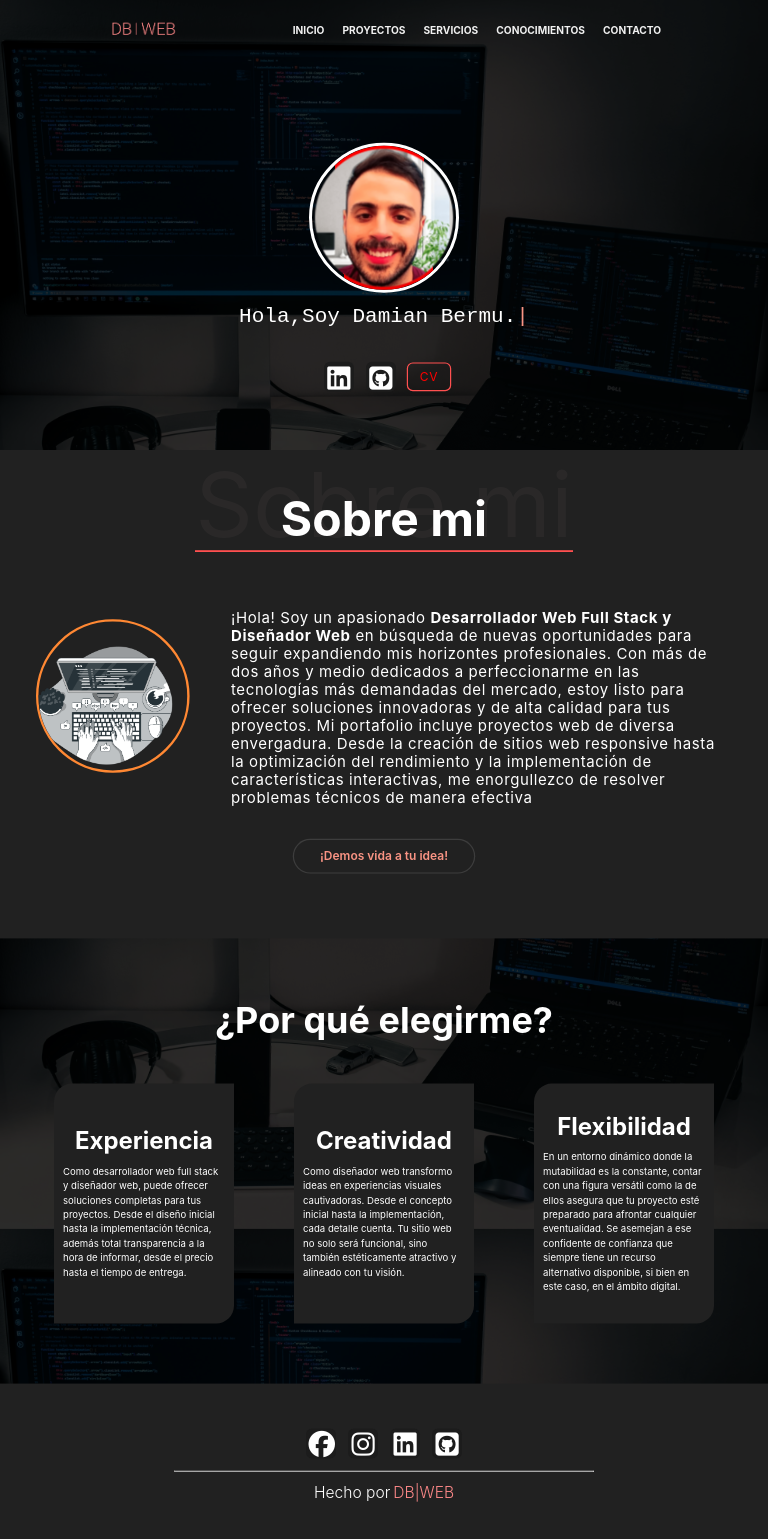
Repository: DamianBermudez94/DB-Porfolio
Page: /
An editor plug-in stored every save of this project. The page is shown before and after the next save, followed by the edit.
The browser window is 1280 px wide. The pictures show the whole page, at 60% of full size.
Backgrounds fixed to the window are drawn as part of the page. Some web libraries are served in a nearby version. The project was rebuilt for these pictures with package versions that can differ from the ones it lists, and the page was loaded fresh each time. Also part of the build but not shown: vite.config.js, src/components/Servicios/styles.css, src/components/Servicios/Service.jsx, src/pages/Servicios.jsx, src/components/Conocimientos/styles.css, src/components/Conocimientos/Conocimientos.jsx, src/pages/AcerdaDe.jsx, src/components/Contacto/styles.css and 7 more.

Above is the page before, as saved 2024-04-01 21:47:33.

### index.html
<!DOCTYPE html>
<html lang="es">
  <head>
    <meta charset="utf-8" />
    <meta name="viewport" content="width=device-width, initial-scale=1" />
    <meta name="geo.position" content="-35.1853171; -59.1479442" />
    <link
      rel="icon"
      type="image/png"
      sizes="32x32"
      href="./public/image/icons-favicon-DB.png"
    />
    <link
      rel="apple-touch-icon"
      type="image/png"
      sizes="32x32"
      href="./public/image/icons-favicon-DB.png"
    />

    <link rel="manifest" href="./src/manifiesto.json" />
    <title>Damián Bermúdez - Developer</title>
    <meta name="author" content="Damián Bermúdez" />
    <meta
      name="description"
      content="Desarrollador Web Full Stack - Diseñador Web - Paginás Web - Damián Bermúdez"
    />
    <meta name="theme-color" content="#000000" />
    <!--Estilos-->
    <script
      src="https://kit.fontawesome.com/bdbed0aafa.js"
      crossorigin="anonymous"
    ></script>
    <link rel="preconnect" href="https://fonts.gstatic.com" />
    <link rel="preconnect" href="https://fonts.gstatic.com" />
    <link rel="preconnect" href="https://fonts.gstatic.com" />
    <link rel="preconnect" href="https://fonts.gstatic.com" />
    <link
      href="https://fonts.googleapis.com/css2?family=Raleway:wght@200;300&family=Roboto:wght@100;300&display=swap"
      rel="stylesheet"
    />
  </head>
  <body>
    <div id="root"></div>
    <script type="module" defer src="/src/main.jsx"></script>
  </body>
</html>

### src/main.jsx
import ReactDOM from "react-dom/client";

import App from "./App";
import "./index.css";
const root = ReactDOM.createRoot(document.getElementById("root"));
root.render(<App />);

### src/App.jsx
import { useState, useEffect } from "react";
import { MisRutas } from "./routers/MisRutas";
import { BrowserRouter } from "react-router-dom";
import backgroundImage from "../public/image/banner-parallax2.jpg";
import "./App.css";
function App() {
  const [scrollPosition, setScrollPosition] = useState(0);

  useEffect(() => {
    const handleScroll = () => {
      setScrollPosition(window.pageYOffset);
    };

    window.addEventListener("scroll", handleScroll);

    return () => {
      window.removeEventListener("scroll", handleScroll);
    };
  }, []);

  return (
    <main className="content-main parallax-container">
      <div
        className="parallax-background"
        style={{
          backgroundImage: `url(${backgroundImage})`,
          backgroundPositionY: scrollPosition / 2 + "px",
        }}
      />
      <div className="parallax-content">
        <BrowserRouter>
          <MisRutas />
        </BrowserRouter>
      </div>
    </main>
  );
}

export default App;

### src/index.css
* {
  margin: 0;
  padding: 0;
  box-sizing: border-box;
}
body {
  font-family: -apple-system, BlinkMacSystemFont, "Segoe UI", "Roboto", "Oxygen",
    "Ubuntu", "Cantarell", "Fira Sans", "Droid Sans", "Helvetica Neue",
    sans-serif;
  -webkit-font-smoothing: antialiased;
  -moz-osx-font-smoothing: grayscale;
}

### src/routers/MisRutas.jsx
import {Routes, Route } from "react-router-dom";

import { Inicio } from "../pages/Inicio";
import { Servicios } from "../pages/Servicios";
import { AcerdaDe } from "../pages/AcerdaDe";
import { Contacto } from "../pages/contacto";
import { Proyectos } from "../pages/Proyecto";
import { Error } from "../components/Error";
import { NavHeader } from "../components/header/NavHeader";
import { Footer } from "../components/Footer/Footer";

export const MisRutas = () => {
  return (
    <div className="layout">
      {/*Header y navegacion*/}
      <NavHeader />
      {/*Contenido general*/}

      <Routes>
        <Route path="/" element={<Inicio />} />
        <Route path="/inicio" element={<Inicio />} />
        <Route path="/servicios" element={<Servicios />} />
        <Route path="/conocimientos" element={<AcerdaDe />} />
        <Route path="/contacto" element={<Contacto />} />
        <Route path="/proyecto" element={<Proyectos />} />
        <Route path="*" element={<Error />} />
      </Routes>

      {/* Footer*/}
      <Footer />
    </div>
  );
};

### src/App.css
.parallax-container {
  position: relative;
  overflow: hidden;
  color: #fff;


}
.parallax-background {
  position: absolute;
  top: 0;
  left: 0;
  width: 100%;
  height: 100%;
  background-size: cover;
  background-position: center;
  background-attachment: fixed;

}
.parallax-content {
 /* Agregamos una transición para suavizar la animación */
  padding-top: 150px;
  background-color: rgba(0, 0, 0, 0.8);
  position: relative;
  z-index: 1; /* Asegura que el contenido esté sobre la imagen de fondo */
}

### src/pages/Inicio.jsx
import { Home } from "../components/Home/Home";
export const Inicio = () => {
  return (
    <section>
      <Home />
    </section>
  );
};

### src/components/header/NavHeader.jsx
import { useState, useEffect } from "react";
import { NavLink } from "react-router-dom";
import "./NavHeader.css";
import BurguerButton from "./burgerButton";

export const NavHeader = () => {
  const [clicked, setClicked] = useState(false);
  const [scrolled, setScrolled] = useState(false);
  const handleClick = () => {
    //cuando esta true lo pasa a false y vice versa
    setClicked(!clicked);
  };
  useEffect(() => {
    const handleScroll = () => {
      if (window.scrollY > 50) {
        setScrolled(true);
      } else {
        setScrolled(false);
      }
    };

    window.addEventListener("scroll", handleScroll);

    // Limpiar el event listener en el desmontaje del componente
    return () => {
      window.removeEventListener("scroll", handleScroll);
    };
  }, []);

  return (
    <header className={`header ${scrolled ? "scrolled" : ""}`}>
      <div className="nav-content">
        <div className="logo">
          <NavLink to="/inicio">
            <img
              src={"/image/Logo-DB.png"}
              alt="Damian Bermudez desarrollador web"
            ></img>
          </NavLink>
        </div>

        <BurguerButton
          className="btn-menu"
          clicked={clicked}
          handleClick={handleClick}
        />
        <nav className={`menu ${clicked ? "active" : ""}`}>
          <ul>
            <li>
              <NavLink
                to="/inicio"
                onClick={handleClick}
                className={({ isActive }) => (isActive ? "active" : "")}
              >
                Inicio
              </NavLink>
            </li>
            <li>
              <NavLink
                to="/proyecto"
                onClick={handleClick}
                className={({ isActive }) => (isActive ? "active" : "")}
              >
                proyectos
              </NavLink>
            </li>
            <li>
              <NavLink
                to="/servicios"
                onClick={handleClick}
                className={({ isActive }) => (isActive ? "active" : "")}
              >
                servicios
              </NavLink>
            </li>
            <li>
              <NavLink
                to="/conocimientos"
                onClick={handleClick}
                className={({ isActive }) => (isActive ? "active" : "")}
              >
                conocimientos
              </NavLink>
            </li>
            <li>
              <NavLink
                to="/contacto"
                onClick={handleClick}
                className={({ isActive }) => (isActive ? "active" : "")}
              >
                contacto
              </NavLink>
            </li>
          </ul>
        </nav>
      </div>
    </header>
  );
};

### src/components/Footer/Footer.jsx

import './Footer.css'
export const Footer = () => {
  return (
    <footer className="footer">
      <div className="contenedor-footer container">
          <div className="footer-redes__sociales">
              <a href="https://www.facebook.com" className="link-redes_sociales" ><i className="fab fa-facebook facebook"></i></a>
              <a href="https://www.instagram.com" className="link-redes_sociales" ><i className="fab fa-instagram instagran"></i></a>
              <a href="https://www.linkedin.com" className="link-redes_sociales" ><i className="fab fa-linkedin linkedin"></i></a>
              <a href="https:/www.github.com" className="link-redes_sociales" ><i className="fab fa-github-square github"></i></a>
          </div>
          <hr className='footer-linea__separacion' />
          <div className="footer-text">
              <p className="title-copy">Hecho por<a className="title-footer" href="https://damianbermudezdev.es/">DB|WEB</a></p>
          </div>
      </div>
    </footer>
  )
}

### src/components/Home/Home.jsx
import { useState, useEffect } from "react";
import { NavLink } from "react-router-dom";
import { useSpring, animated } from "react-spring";

import CustomText from "../TextoCustom/CustomText";

import imagen from "../../../public/image/Developer.png";
import "./styles.css";
export const Home = () => {
  const words = [
    "Hola,Soy Damian Bermudez",
    "Developer Web Full Stack",
    "Diseñador Web",
  ];
  const [showContent, setShowContent] = useState(false);
  // Utilizamos useEffect para activar la animación cuando el componente se monta
  useEffect(() => {
    setShowContent(true);
  }, []);

  // Solo se ejecuta una vez cuando el componente se monta

  // Definimos la animación usando useSpring
  const contentAnimation = useSpring({
    opacity: showContent ? 1 : 0, // Mostrar contenido cuando showContent sea true
    transform: showContent ? "translateY(0px)" : "translateY(-100px)", // Animación de desplazamiento hacia arriba
    from: { opacity: 0, transform: "translateY(-100px)" }, // Estilo inicial
    delay: 500, // Retraso de la animación
  });
  return (
    <>
      <section className="home">
        <animated.div className="home-welcome" style={contentAnimation}>
          <div className="container-home">
            <figure>
              <img
                src={"/image/profile-damianbermudez.png"}
                alt="Damian Bermudez desarrollador web"
              ></img>
            </figure>

            <CustomText words={words} />
            <div className="container-redes_inicio">
              <NavLink
                to="https://www.linkedin.com/in/damian-bermudez-4a4a33204/"
                className="link-redes_sociales"
                target="_blank"
              >
                <i className="fab fa-linkedin linkedin"></i>
              </NavLink>
              <NavLink
                to="https://github.com/DamianBermudez94"
                className="link-redes_sociales"
                target="_blank"
              >
                <i className="fab fa-github-square github"></i>
              </NavLink>
              <a
                className="btn-cv"
                href="./cv-pdf/CVDamianBermudez2023_1_ (1).pdf"
                download="CV-damian-bermudez.pdf"
              >
                CV
              </a>
            </div>
          </div>
        </animated.div>
      </section>
      <section className="section-me" style={contentAnimation}>
        <div className="content-title">
          <h2 className="title-sobre__me">Sobre mi</h2>
          <span className="sub-title">Sobre mi</span>
        </div>
        <animated.div
          className="container-me"
          data-animation="diagonal"
          style={contentAnimation}
        >
          <article>
            <img
              src={imagen}
              alt="Developer Web Full Stack - Desarrollador Web Full stack - Paginas Web"
            />
            <p>
              ¡Hola! Soy un apasionado{" "}
              <strong>Desarrollador Web Full Stack y Diseñador Web</strong> en
              búsqueda de nuevas oportunidades para seguir expandiendo mis
              horizontes profesionales. Con más de dos años y medio dedicados a
              perfeccionarme en las tecnologías más demandadas del mercado,
              estoy listo para ofrecer soluciones innovadoras y de alta calidad
              para tus proyectos. Mi portafolio incluye proyectos web de diversa
              envergadura. Desde la creación de sitios web responsive hasta la
              optimización del rendimiento y la implementación de
              características interactivas, me enorgullezco de resolver
              problemas técnicos de manera efectiva
            </p>
          </article>

          <NavLink className="enlace-contacto animated-button" to="/contacto">
            <span>¡Demos vida a tu idea!</span>
            <span></span>
          </NavLink>
        </animated.div>
      </section>

      <section className="article-section__motivos">
        <h2>¿Por qué elegirme?</h2>
        <article>
          <h3>Experiencia</h3>
          <p>
            Como desarrollador web full stack y diseñador web, puede ofrecer
            soluciones completas para tus proyectos. Desde el diseño inicial
            hasta la implementación técnica, además total transparencia a la
            hora de informar, desde el precio hasta el tiempo de entrega.
          </p>
        </article>
        <article>
          <h3>Creatividad</h3>
          <p>
            Como diseñador web transformo ideas en experiencias visuales
            cautivadoras. Desde el concepto inicial hasta la implementación,
            cada detalle cuenta. Tu sitio web no solo será funcional, sino
            también estéticamente atractivo y alineado con tu visión.
          </p>
        </article>
        <article>
          <h3>Flexibilidad</h3>
          <p>
            En un entorno dinámico donde la mutabilidad es la constante, contar
            con una figura versátil como la de ellos asegura que tu proyecto
            esté preparado para afrontar cualquier eventualidad. Se asemejan a
            ese confidente de confianza que siempre tiene un recurso alternativo
            disponible, si bien en este caso, en el ámbito digital.
          </p>
        </article>
      </section>
    </>
  );
};

### src/components/header/NavHeader.css
.header {
  height: 80px;
  width: 100%;
  max-width: 1200px;
  display: flex;
  justify-content: space-around;
  align-items: center;
  position: fixed;
  top: 0;
  right: 0;
  left: 0;
  z-index: 1000;
  padding: 50px 20px;
margin: 0 auto;
  transition: background-color 0.5s ease;
}

/* Cambiar el fondo al hacer scroll */
.header.scrolled {
  background-color: rgba(83, 83, 83, 0.9);
  border-radius: 10px;
  display: flex;
  justify-content: center;
  align-items: center;
  position: fixed;

  margin: 0 auto;
}

.nav-content {
  width: 90%;
  height: 80px;
  margin: 0 auto;
  display: flex;
  justify-content: space-around;
  padding: 5px;
  align-items: center;
}
.header .logo img {
  width: 150px;
  height: 100px;
  object-fit: cover;
}

.header nav ul {
  display: flex;
  justify-content: center;
  align-items: center;
  list-style: none;
}
.header li {
  text-decoration: none;
  text-transform: uppercase;
  font-size: 17px;
  font-weight: bold;
  margin: 15px;
}
.header li a {
  text-decoration: none;
  transition: all 300ms;
  color: #f1f1f1;
}
.header .active,
.header a:hover {
  color: rgb(255, 80, 80);
}

.header .btn-menu {
  display: none;
}
@media screen and (max-width: 960px) {
  .header {
    max-width: 900px;
  }

  .header .logo img {
    width: 200px;
    height: 150px;
  }

  .menu {
    list-style-type: none;
    margin: 0;
    padding: 0;
    transform: translateY(-100%);
    transition: transform 0.5s ease-in-out;
    position: fixed;
    top: 150px;
    left: 0%;
    width: 100%;
    height: 100vh;
    width: 100%;
    display: flex;
    flex-direction: column;
    align-items: center;
    justify-content: center;
    height: 0;
    overflow: hidden;
    background-color: rgba(255, 255, 255, 0);
    backdrop-filter: blur(19px);
  }

  .menu.active {
    transform: translateY(0);
    width: 100%;
    height: 100vh;
    bottom: 10px;
    display: block;
    margin: 0 auto;
  }

  .menu ul {
    flex-direction: column;
    align-items: center;
    justify-content: center;
  }

  .menu li {
    width: 100%;
    margin: 10px auto;
    border-bottom: 1px solid rgb(255, 1, 1);
    margin: 10px 0;
    transform: translateY(-50px);
    opacity: 0;
    transition: transform 0.5s ease, opacity 0.5s ease;
  }
  .menu.active li {
    transform: translateY(0);
    opacity: 1;
    padding: 10px;
  }
  .menu a {
    text-decoration: none;
    color: #fff;
    font-size: 20px;
    transition: color 0.3s;
  }
  .menu a:hover {
    color: #ffd700;
  }
}
@media screen and (max-width: 480px) {
  .header {
    padding: 50px;

  }
  .header .logo img {
    width: 150px;
    height: 100px;
  }
}

### src/components/header/burgerButton.jsx
/* eslint-disable react/prop-types */

import styled from "styled-components";

function BurguerButton(props) {
  return (
    <Burguer>
      <div
        onClick={props.handleClick}
        className={`btn-menu nav-icon-5 ${props.clicked ? "open" : ""}`}
      >
        <span></span>
        <span></span>
        <span></span>
      </div>
    </Burguer>
  );
}

export default BurguerButton;

const Burguer = styled.div`
  /* nav-icon-5 */
  .nav-icon-5 {
    width: 35px;
    height: 30px;
    position: relative;
    cursor: pointer;
    display: flex;
    margin: 25px auto;
  }
  .nav-icon-5 span {
    background-color: #fff;
    position: absolute;
    border-radius: 2px;
    transition: 0.3s cubic-bezier(0.8, 0.5, 0.2, 1.4);
    width: 100%;
    height: 4px;
    transition-duration: 500ms;
  }
  .nav-icon-5 span:nth-child(1) {
    top: 0px;
    left: 0px;
  }
  .nav-icon-5 span:nth-child(2) {
    top: 13px;
    left: 0px;
    opacity: 1;
  }
  .nav-icon-5 span:nth-child(3) {
    bottom: 0px;
    left: 0px;
  }
  .nav-icon-5:not(.open):hover span:nth-child(1) {
    transform: rotate(-3deg) scaleY(1.1);
  }
  .nav-icon-5:not(.open):hover span:nth-child(2) {
    transform: rotate(3deg) scaleY(1.1);
  }
  .nav-icon-5:not(.open):hover span:nth-child(3) {
    transform: rotate(-4deg) scaleY(1.1);
  }
  .nav-icon-5.open span:nth-child(1) {
    transform: rotate(45deg);
    top: 13px;
  }
  .nav-icon-5.open span:nth-child(2) {
    opacity: 0;
  }
  .nav-icon-5.open span:nth-child(3) {
    transform: rotate(-45deg);
    top: 13px;
  }
  @media screen and (min-width: 960px) {
    .btn-menu {
      display: none;
    }
  }
`;

### src/components/Footer/Footer.css
.footer {
  min-height: 120px;
  line-height: 7px;
  text-align: center;
  font-size: 22px;
  padding: 45px;
  background-color: #212121;
}

.contenedor-footer {
  display: flex;
  flex-direction: column;
  justify-content: center;
  align-content: center;
  margin: 0 auto;
  padding: 20px;
}
.footer-text {
  display: flex;
  justify-content: center;
  align-items: center;
  padding: 10px;
  margin-top: 20px;
}
.title-copy {
  text-align: center;
  font-size: 26px;
  font-weight: 300;
}
.title-footer {
  text-decoration: none;
  color: rgb(252, 136, 136);
  margin-left: 5px;
}
.footer-linea__separacion{
  height: 1px;
  width: 100%;
  max-width: 700px;
  margin: 0 auto;


}
body.dark .title-copy {
  color: #f1f1f1;
}

.footer-redes__sociales {
  display: flex;
  justify-content: center;
  align-items: center;
  text-align: center;
  margin-bottom: 10px;
}
.link-redes_sociales {
  text-decoration: none;
  width: 50px;
  height: 50px;
  margin: 10px;
  color: rgb(255, 255, 255);
  background-color: rgb(28, 28, 28);
  border-radius: 10px;
  text-align: center;
  position: relative;
  transition: transform 0.4s;
  font-size: 26px;
  padding: 4px;
}
.link-redes_sociales:hover {
  transform: rotate(45deg);
}
.link-redes_sociales::before {
  content: "";
  position: absolute;
  width: 100%;
  height: 100%;
  opacity: 0;
  background-color: #373737;
  border-radius: 10px;
  transition: opacity 0.2s;
}
.link-redes_sociales:hover::before {
  opacity: 0.4;
}
.link-redes_sociales:nth-child(1)::before {
  background-color: rgb(255, 80, 80);
}
.link-redes_sociales:nth-child(2)::before {
  background-color: rgb(255, 80, 80);
}
.link-redes_sociales:nth-child(3)::before {
  background-color: rgb(255, 80, 80);
}
.link-redes_sociales:nth-child(4)::before {
  background-color: rgb(255, 80, 80);
}

.link-redes_sociales:hover::before {
  transform: translate(-4px, -4px);
  filter: blur(10px);
}

.link-redes_sociales i {
  font-size: 1.7em;
  transition: all 0.4s;
}
.link-redes_sociales:hover i {
  color: #f1f1f1;
  transform: rotate(-45deg);
}

body.dark .redes-sociales i {
  color: #f1f1f1;
}

### src/components/TextoCustom/CustomText.jsx
/* eslint-disable react/prop-types */
import  { useState, useEffect } from 'react';
import './styles.css';

const CustomText = ({ words, typingDelay = 200, changingDelay = 3000 }) => {
  const [index, setIndex] = useState(0);
  const [subIndex, setSubIndex] = useState(0);
  const [reverse, setReverse] = useState(false);

  // Efecto para manejar la escritura y eliminación de las palabras
  useEffect(() => {
    if (subIndex === words[index].length + 1 && !reverse) {
      setReverse(true);
      return;
    }

    if (subIndex === 0 && reverse) {
      setReverse(false);
      setIndex((prev) => (prev + 1) % words.length);
      return;
    }

    const timeout = setTimeout(() => {
      setSubIndex((prev) => prev + (reverse ? -1 : 1));
    }, typingDelay);

    return () => clearTimeout(timeout);
  }, [subIndex, index, reverse]);

  // Efecto para cambiar la palabra después de un cierto tiempo
  useEffect(() => {
    if (!reverse) {
      return;
    }

    const timeout = setTimeout(() => {
      setReverse(false);
      setIndex((prev) => (prev + 1) % words.length);
    }, changingDelay);

    return () => clearTimeout(timeout);
  }, [reverse]);

  return (
    <div className="typewriter">
      <span>{`${words[index].substring(0, subIndex)}${reverse ? '.' : ' '}`}</span>
    </div>
  );
};

export default CustomText;

### src/components/TextoCustom/styles.css
.typewriter span {

    display: flex;
    align-items: center;
    justify-content: center;
    font-size: 35px;
    font-family: monospace;
    overflow: hidden;
    white-space: nowrap;
    padding: 20px;
  }

  .typewriter span:after {
    content: '|';
    animation: blink-caret .75s step-end infinite;
    color: #fa9484;
  }

  @keyframes blink-caret {
    from, to { border-color: transparent }
    50% { border-color: black }
  }

  @media (max-width: 780px) {
    .typewriter span {
       font-size: 30px;
      }
  }
  @media (max-width: 780px) {
    .typewriter span {
       font-size: 20px;
      }
  }

Loaded but not shown: src/components/Home/styles.css (402 lines, source omitted)

After the next save:
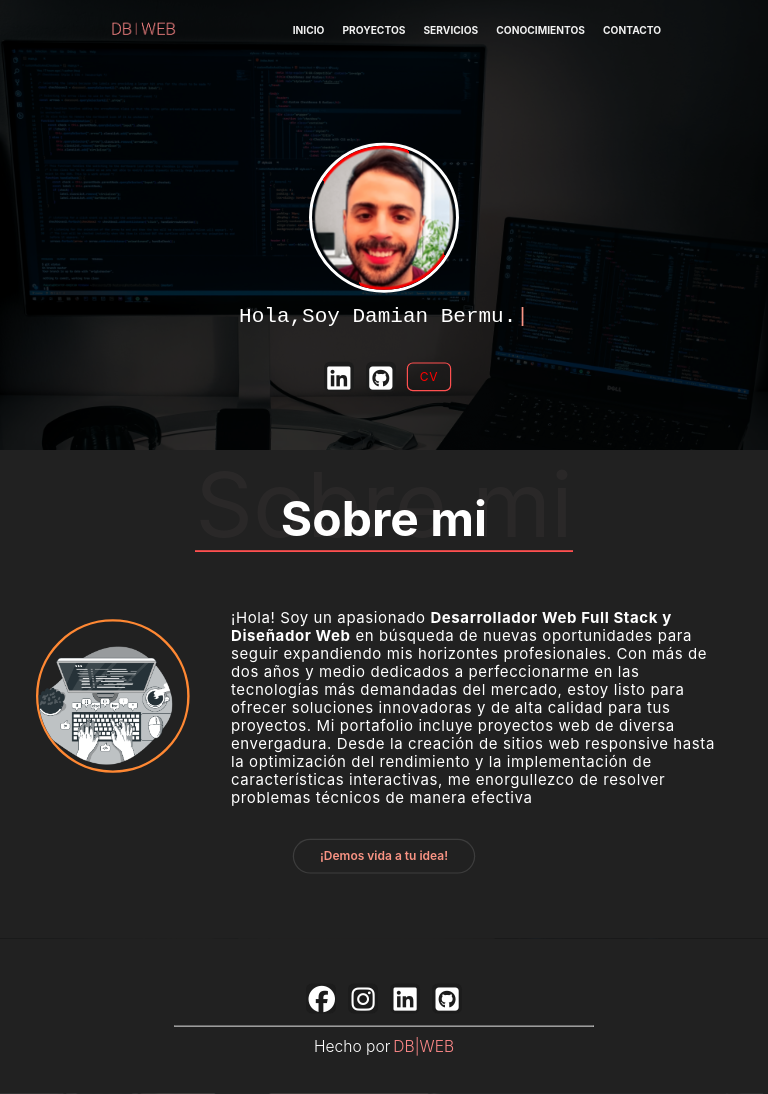
Saved 11 h 40 min later.
--- a/src/components/Home/Home.jsx
+++ b/src/components/Home/Home.jsx
@@ -102,8 +102,7 @@ export const Home = () => {
           </NavLink>
         </animated.div>
       </section>
-
-      <section className="article-section__motivos">
+      {/*<section className="article-section__motivos">
         <h2>¿Por qué elegirme?</h2>
         <article>
           <h3>Experiencia</h3>
@@ -134,6 +133,7 @@ export const Home = () => {
           </p>
         </article>
       </section>
+ */}{" "}
     </>
   );
 };
